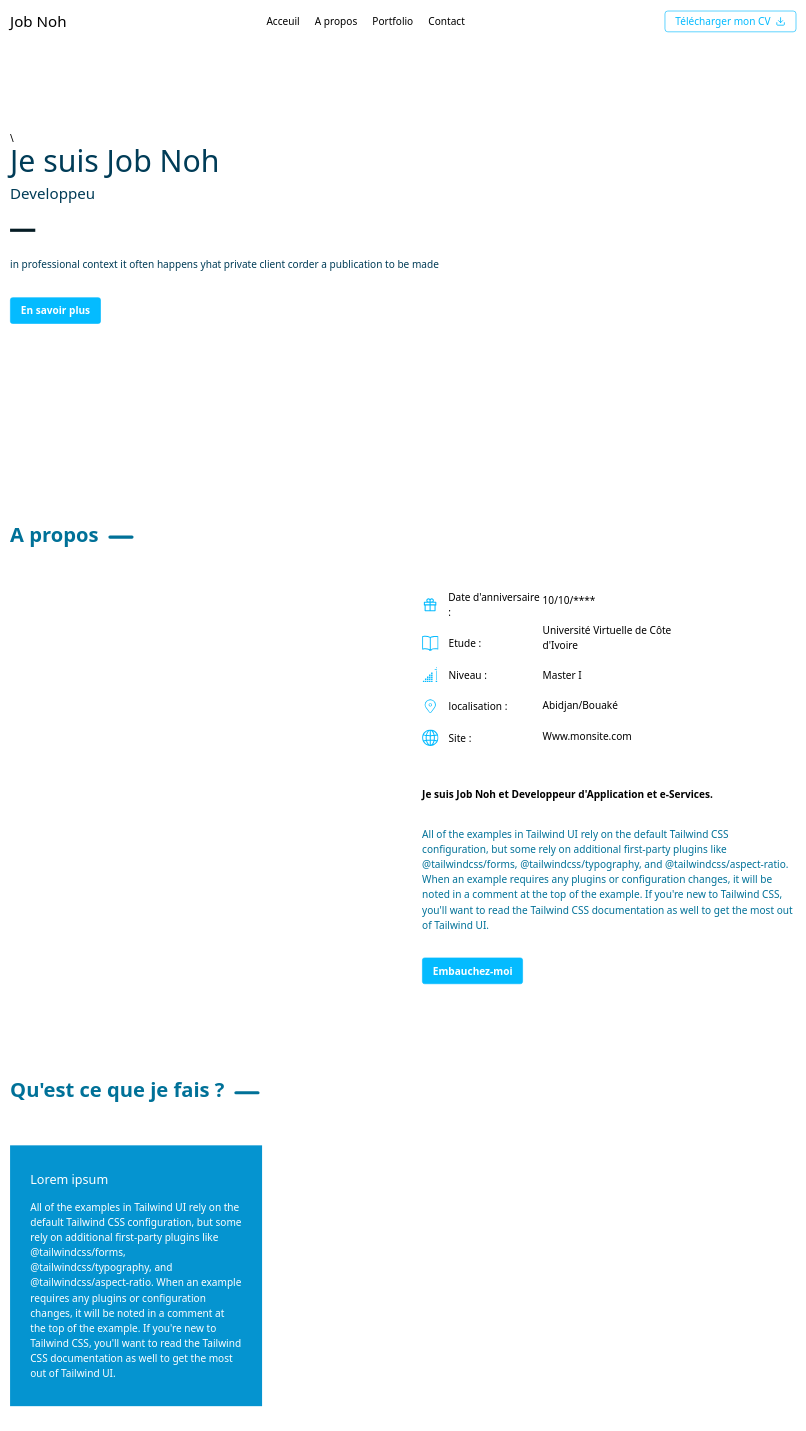
Repository: anoy1010/Nextportfolio
Page: /
These files come from the project's save history. The page is drawn as it stood at one moment and after a run of saves; the edit follows.
The browser window is 1280 px wide. The pictures show the whole page, at 63% of full size.
Backgrounds fixed to the window are drawn as part of the page. The project was rebuilt for these pictures with package versions that can differ from the ones it lists, and the page was loaded fresh each time. The framework's server and built-in components were replaced by stand-ins that run in the browser. Also part of the build but not shown: next.config.js, styles/Home.module.css.

Above is the page before, as saved 2023-03-06 18:24:01.

After the next 3 saves:
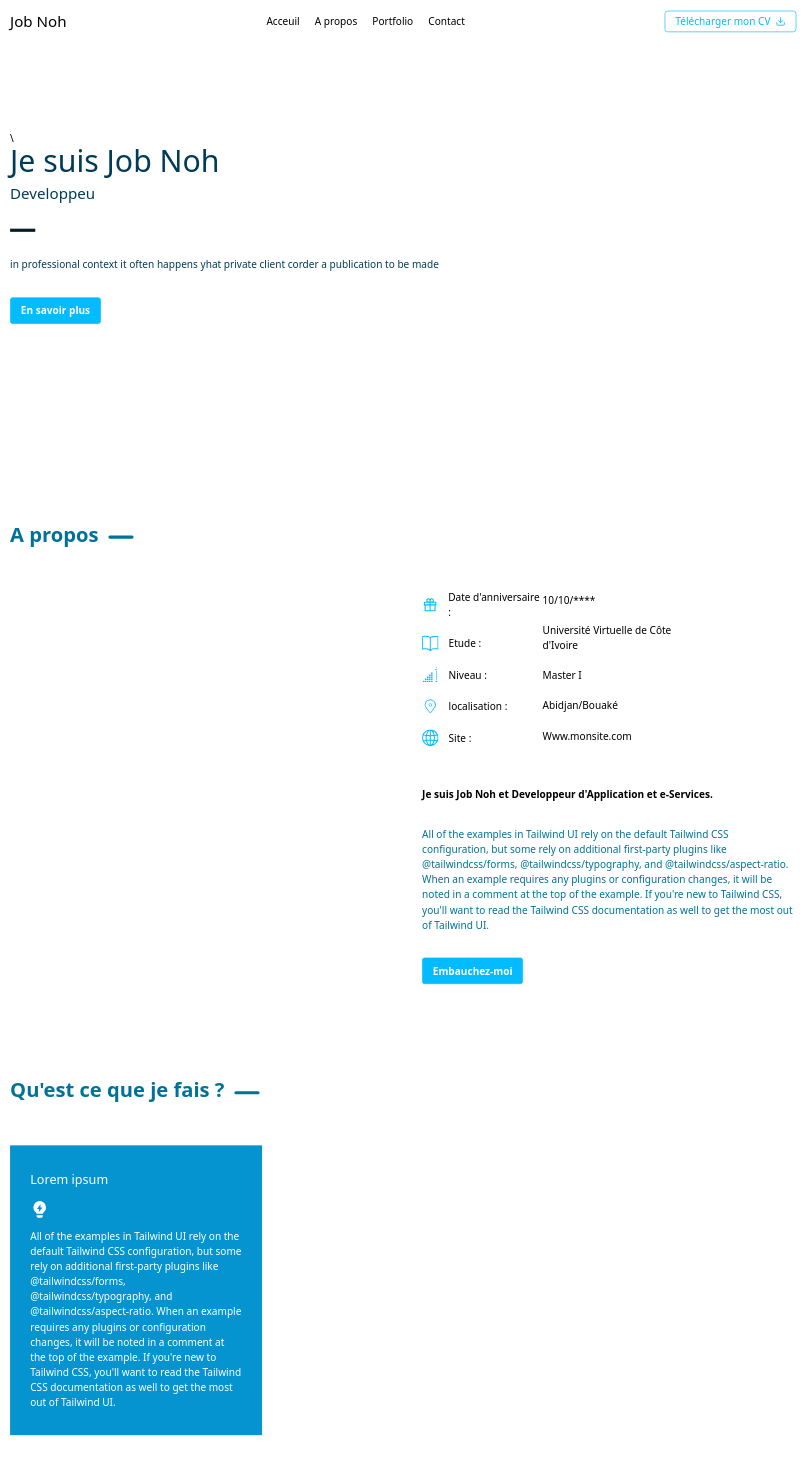
The 3 saves are shown as one change because 2 did not build or start.
The last was saved 98 s later.
--- a/components/WhatIDo.js
+++ b/components/WhatIDo.js
@@ -1,5 +1,6 @@
 import React from 'react'
 import Heading from './Heading'
+import {RiLightbulbFlashFill} from 'react-icons/ri'
 
 const WhatIDo = () => {
   return (
@@ -8,7 +9,7 @@ const WhatIDo = () => {
         <div className='grid grid-cols-1  md:grid-cols-3 gap-6'>
             <div className='Shadow-lgf flex flex-col gap-4 px-8 py-10 bg-[#0594d0] text-white'>
                 <h2 className='font-medium text-[20px]'>Lorem ipsum</h2>
-
+                <RiLightbulbFlashFill className=' text-[30px]'/>
                 <p>
                     All of the examples in Tailwind UI rely on the default Tailwind CSS configuration, but some rely on additional first-party plugins like @tailwindcss/forms, @tailwindcss/typography, and @tailwindcss/aspect-ratio.
 
